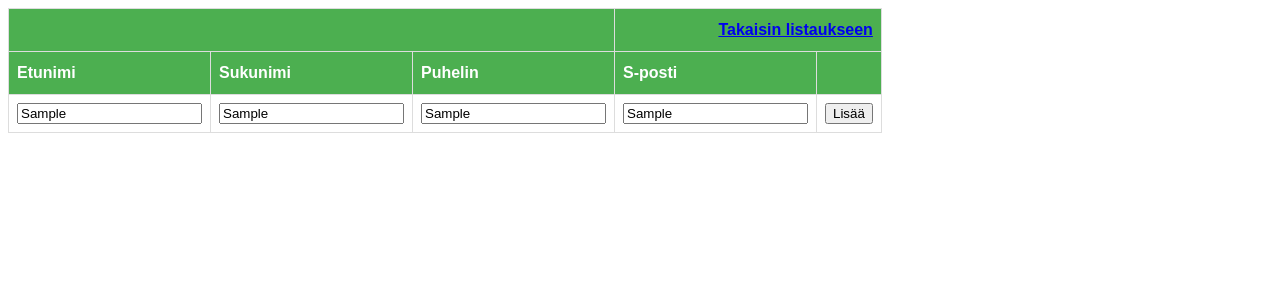
Repository: Lateh13/Asiakkaat
Page: http://localhost/Asiakkaat/lisaaasiakas.jsp
An editor plug-in stored every save of this project. The page is shown before and after the next save, followed by the edit.
The browser window is 1280 px wide. The pictures show the whole page.
Empty fields were first filled with sample values (such as "Sample", 5 or name@example.com).
After loading, the first visible `#tallenna` was clicked once.
The page is served by Tomcat 9. Other server files are loaded and not shown.

Above is the page before, as saved 2020-05-16 20:27:33.
Console error: ReferenceError: lisaaAsiakat is not defined

### Asiakkaat/WebContent/lisaaasiakas.jsp
<%@ page language="java" contentType="text/html; charset=ISO-8859-1"
    pageEncoding="ISO-8859-1"%>
<!DOCTYPE html>
<html>
<head>
<meta charset="ISO-8859-1">
<script src="scripts/main.js"></script>
<link rel="stylesheet" type="text/css" href="css/main.css">
<title>Asiakkaan lisäys</title>
</head>
<body onkeydown = "etsi(event)">
<form id="tiedot" onsubmit="validate()">
	<table>
		<thead>
			<tr>
				<th colspan="3" id="ilmoitus">
				<th colspan="2" class="oikealle"><a href="listaaasiakkaat.jsp">Takaisin listaukseen</a></th>
			</tr>
			<tr>
				<th>Etunimi</th>
				<th>Sukunimi</th>
				<th>Puhelin</th>
				<th>S-posti</th>
				<th></th>
			</tr>
		</thead>
		<tbody>
			<tr>
				<td><input type="text" name="etunimi" id="etunimi"></td>
				<td><input type="text" name="sukunimi" id="sukunimi"></td>
				<td><input type="text" name="puhelin" id="puhelin"></td>
				<td><input type="text" name="sposti" id="sposti"></td>
				<td><input type="button" name="tallenna" id="tallenna" value="Lisää" onclick="lisaaAsiakat()"></td>
			</tr>
		</tbody>
	</table>
</form>
</body>
<script>
function etsi(event) {
	if(event.keyCode == 13) {
		lisaaAsiakas();
	}
}

function lisaaAsiakas() {

}

function validate() {
	var ilmoitus = "";
	var etunimi = document.getElementById("etunimi").value;
	var sukunimi = document.getElementById("sukunimi").value;
	var puhelin = document.getElementById("puhelin").value;
	var sposti = document.getElementById("sposti").value;

	var etunimiREGX = /^[A-Z]{1}[a-z]{2,40}$/;
	var sukunimiREGX = /^[A-Z]{1}[a-z]{2,40}$/;
	var puhelinREGX = /^[0-9]{8,20}$/;
	var spostiREGX = /^[a-zA-Z0-9._-]+@[a-zA-Z0-9.-]+\.[a-zA-Z]{2,4}$/;

	var etunimiTulos = etunimiREGX.test(etunimi);
	var sukunimiTulos = sukunimiREGX.test(sukunimi);
	var puhelinTulos = puhelinREGX.test(puhelin);
	var spostiTulos = spostiREGX.test(sposti);

	if (etunimiTulos == false) {
		ilmoitus = "Etunimi ei kelpaa!";
	}
	if (sukunimiTulos == false) {
		ilmoitus = "Sukunimi ei kelpaa!";
	}
	if (puhelinTulos == false ) {
		ilmoitus = "Puhelinnumero ei kelpaa!";
	}
	if (spostiTulos == false) {
		ilmoitus = "Sähköpostiosoite ei kelpaa!";
	}
	if (ilmoitus != "") {
		document.getElementById("ilmoitus").innerHTML = ilmoitus;
		return;
	}
	return true;
}

function lisaaTiedot() {
	var formJsonStr = formDataJsonStr($("#tiedot").serializeArray());
	$.ajax({url:"asiakkaat", data:formJsonStr, type:"POST", dataType:"json", success:function(result) {
		if (result.response == 0) {
			$("#ilmoitus").html("Asiakkaan lisääminen epäonnistui");
		} else if (result.response == 1) {
			$("#ilmoitus").html("Asiakkaan lisääminen onnistui");
			$("#etunimi", "#sukunimi", "#puhelin", "#sposti").val("");
		}
	}});
}
</script>
</html>

### Asiakkaat/WebContent/css/main.css
@charset "ISO-8859-1";
table {
	border-collapse: collapse;
	width: 50%;
	font-family: Arial, Helvetica, sans-serif;
}

table td, table th {
  border: 1px solid #ddd;
  padding: 8px;
}

table tbody tr:nth-child(even){
	background-color: #f2f2f2;
}

table tbody tr:hover {
	background-color: #ddd;
}

table th {
  padding-top: 12px;
  padding-bottom: 12px;
  text-align: left;
  background-color: #4CAF50;
  color: white;
}

.oikealle{
	text-align: right;
}

#uusiAsiakas, #takaisin{
	color: white;
	cursor: pointer;
}

.poista{
	color: red;
	text-decoration: underline;
	cursor: pointer;
}

Loaded but not shown: Asiakkaat/WebContent/scripts/main.js (no copy from this time; the picture is the same without it)

After the next save:
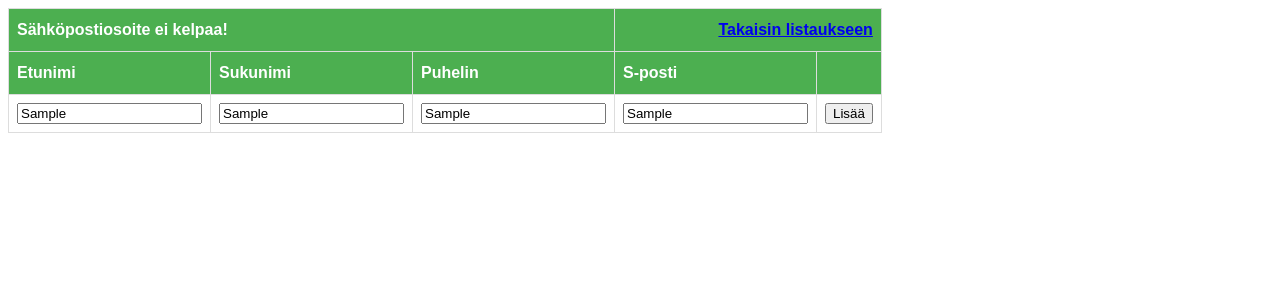
The error is gone.
Saved 3 min 19 s later.
--- a/Asiakkaat/WebContent/lisaaasiakas.jsp
+++ b/Asiakkaat/WebContent/lisaaasiakas.jsp
@@ -9,7 +9,7 @@
 <title>Asiakkaan lisäys</title>
 </head>
 <body onkeydown = "etsi(event)">
-<form id="tiedot" onsubmit="validate()">
+<form id="tiedot">
 	<table>
 		<thead>
 			<tr>
@@ -30,7 +30,7 @@
 				<td><input type="text" name="sukunimi" id="sukunimi"></td>
 				<td><input type="text" name="puhelin" id="puhelin"></td>
 				<td><input type="text" name="sposti" id="sposti"></td>
-				<td><input type="button" name="tallenna" id="tallenna" value="Lisää" onclick="lisaaAsiakat()"></td>
+				<td><input type="button" name="tallenna" id="tallenna" value="Lisää" onclick="lisaaAsiakas()"></td>
 			</tr>
 		</tbody>
 	</table>
@@ -44,7 +44,7 @@ function etsi(event) {
 }
 
 function lisaaAsiakas() {
-
+	validate();
 }
 
 function validate() {
